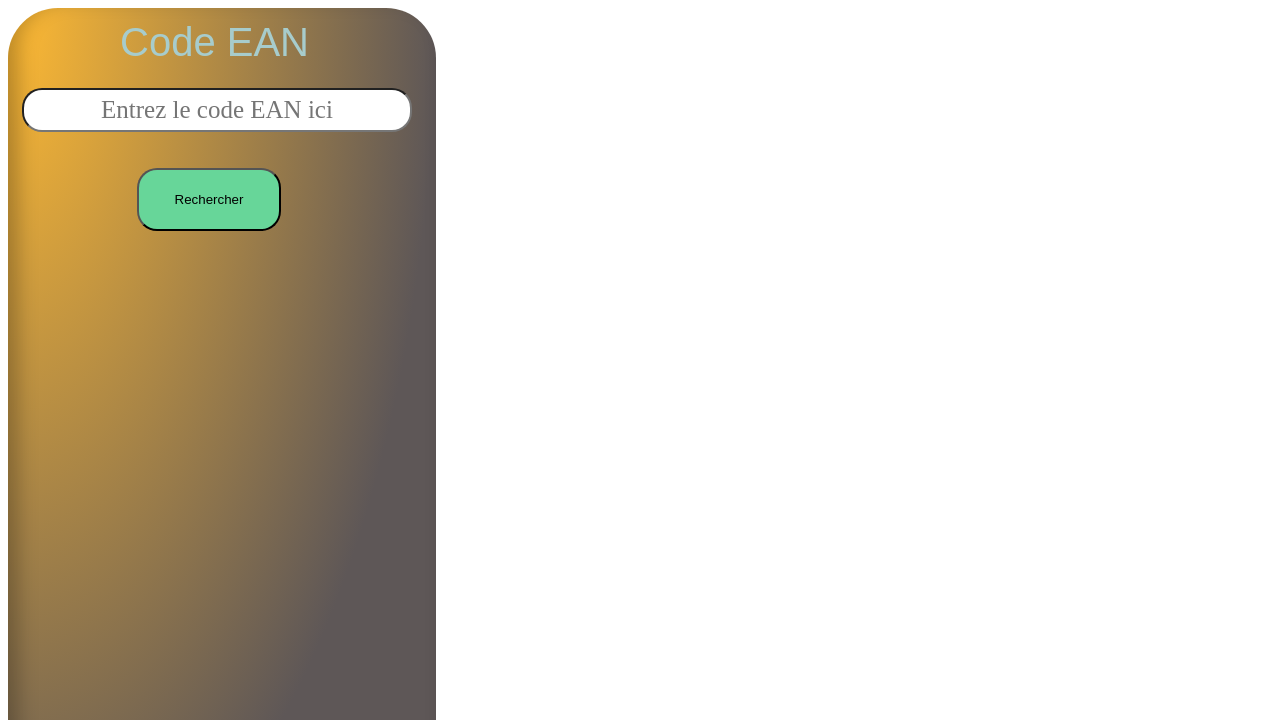
Repository: Zouz01/exo-toucan
Page: index.html
These files come from the project's save history. The page is drawn as it stood at one moment and after a run of saves; the edit follows.
The browser window is 1280 px wide. The pictures show the whole page.

Above is the page before, as saved 2023-09-21 11:51:31.

### index.html
<!DOCTYPE html>
<html lang="fr">
<head>
    <meta charset="UTF-8">
    <meta name="viewport" content="width=device-width, initial-scale=1">
    <title>TOUCAN API</title>
    <link rel="stylesheet" type="text/css" href="main.css">
</head>
<body>
    <div class="container">
        <!-- Formulaire de recherche -->
        <form id="product-form" action="https://fr.openfoodfacts.org/api/v0/product/<<code_EAN_13>>" method="POST">
            <label for="code_ean">Code EAN </label>
            <input type="text" id="code_ean" name="code_ean" placeholder="Entrez le code EAN ici"><!-- Champ de saisie du code EAN -->
            <button type="submit" id="submit">Rechercher</button> <!-- Bouton de soumission du formulaire -->
        </form>

        <!-- Conteneur pour l'affichage de l'image et des informations -->
        <div><img id="img"></div>
        <div id="product-info"></div>
    </div>

    <!-- Inclusion du script JavaScript -->
    <script src="main.js"></script>
</body>
</html>

### main.css
body {
    font-family: Arial, sans-serif;

}

.container {
    width: 428px;
    height: 926px;
   position: fixed;
    text-align: center;

    background: radial-gradient(100% 100% at 0% 0%, #FFBA33 0%, #5e5757 100%);
   /* background: radial-gradient(100% 100% at 0% 0%, #A6A6A6 0.46%, #000000 78.06%);
    background: linear-gradient(167.94deg, #7AA77E 0%, #476F72 100%);*/

    opacity: 1.8;
    box-shadow: inset 10px -10px 20px rgba(0, 0, 0, 0.25);
    border-radius: 50px;
}

/* position ecriture label*/
label {

    top: 20px;
    font-size: 40px;
    color: rgb(167, 204, 204);
   left: 120px;
    position :fixed;



}
/*position img*/
#img {
    position: relative;
   border-radius: 20px;
   width: 20%;
   top: 600px;
}

/*position retour d'information produit*/
 #product-info {
    padding: 20px;
    color: rgb(171, 221, 205);
    font-size: larger;
    text-align: center; /* Centre le texte horizontalement */

 }
h2 {
    font-size: xx-large;
    color: #7af3b1;
}
p{
    font-size: larger ;
}

/* Champ de saisie pour entrer le code EAN */
#code_ean {
    position: absolute;
   border-radius: 20px;
    width: 382px;
    height: 38px;
   right:24px ;
    top: 80px;
    font-family: 'Montserrat';
font-style: normal;
font-weight: 500;
font-size: 25px;
line-height: 30px;
text-align: center;

color: #0f0d0d;



}

/* Bouton de recherche */
button[type="submit"] {
    position: absolute;
    width: 144px;
    height: 63px;
  background-color: #67d699;
    top: 160px;
    border-radius: 20px;
    right: 155px;



}




/* styles pour les écrans plus grands */
/* @media (min-width: 900px) {
     .container {
        width: 1860px;
        height: 900px;
     }
        button[type="submit"] {
            position: absolute;
    width: 184px;
    height: 83px;
  background-color: #67d699;
    bottom: 50px;
    border-radius: 20px;
    right: 870px;
        }
        #code_ean {
            position: absolute;
           border-radius: 20px;
            width: 1382px;
            height: 68px;
           right:15% ;
            top: 80px;
            font-family: 'Montserrat';
        font-style: normal;
        font-weight: 500;
        font-size: 25px;
        line-height: 30px;
        text-align: center;
        color: #0f0d0d;

 }
 label {

    top: 20px;
    font-size: 40px;
    color: rgb(167, 204, 204);
   left: 800px;
    position :fixed;

}
#product-info {
    position: absolute;
    padding: 50px;
    color:rgb(171, 221, 205);
    top: 200px;
    left: 30%;

 }
 #img {
    position: relative;
   border-radius: 20px;
   max-width: 20%;
   max-height: 10%;
   top: 230px;
   right: 30%;
}
h2 {
    font-size: 50px;
    color: aqua;
}
p{
    font-size: 30px ;
}
} */

### main.js
const form = document.querySelector("#product-form"); //Interagit avec  HTML avec l'id "product-form"
const code_ean = document.querySelector("#code_ean"); //Interagit avec  HTML  avec l'id "code_ean"
const productInfo = document.querySelector("#product-info"); //Interagit avec  HTML avec l'id "les informations produits"
const img = document.querySelector("#img");  //Interagit avec  HTML avec l'id "les images"
const submit = document.querySelector("#submit");  //Interagit avec  HTML avec l'id "Boutton envoi"


submit.addEventListener("click", (e) => { // Ecouteur d'événement sur le bouton d'envoi qui écoute un événement de clic
    e.preventDefault();

    // validation du code
    if (code_ean.value.length !== 13) {
        alert("Le code EAN doit contenir 13 chiffres.");// Le script vérifie si la valeur du champ de saisie du code EAN comporte 13 caractères
        return;                                         // Sinon, il affiche une alerte indiquant que le code EAN doit contenir 13 chiffres.
    }else

// Si code correct alors ...
    // Récupére les informations du produit depuis l'API
    fetch("https://fr.openfoodfacts.org/api/v0/product/" + code_ean.value) //Méthode pour envoyer une requête GET à l'API
        .then((reponse) => reponse.json())   //  Convertit  la réponse de l'API en JSON
        .then((data) => {                    //  Pour accéder aux données.
            let product = data.product;
            img.src = product.image_url;


             //Affiche les informations sur le produit, ( avec innerHTML on definila source de l'éléments)
             productInfo.innerHTML =`
             <h2><b>Nom</b> : ${product.abbreviated_product_name}</h2>
             <p><b>Marque</b> : ${product.brands}</p>
             <p><b>Catégorie</b> : ${product.categories}</p>
             <p><b>Ingrédients</b> : ${product.ingredients_text}</p>`
             console.log (data)
        }); // ${} veut dire interpreter

});

   /*fecht veut dire aller chercher*/

After the next 2 saves:
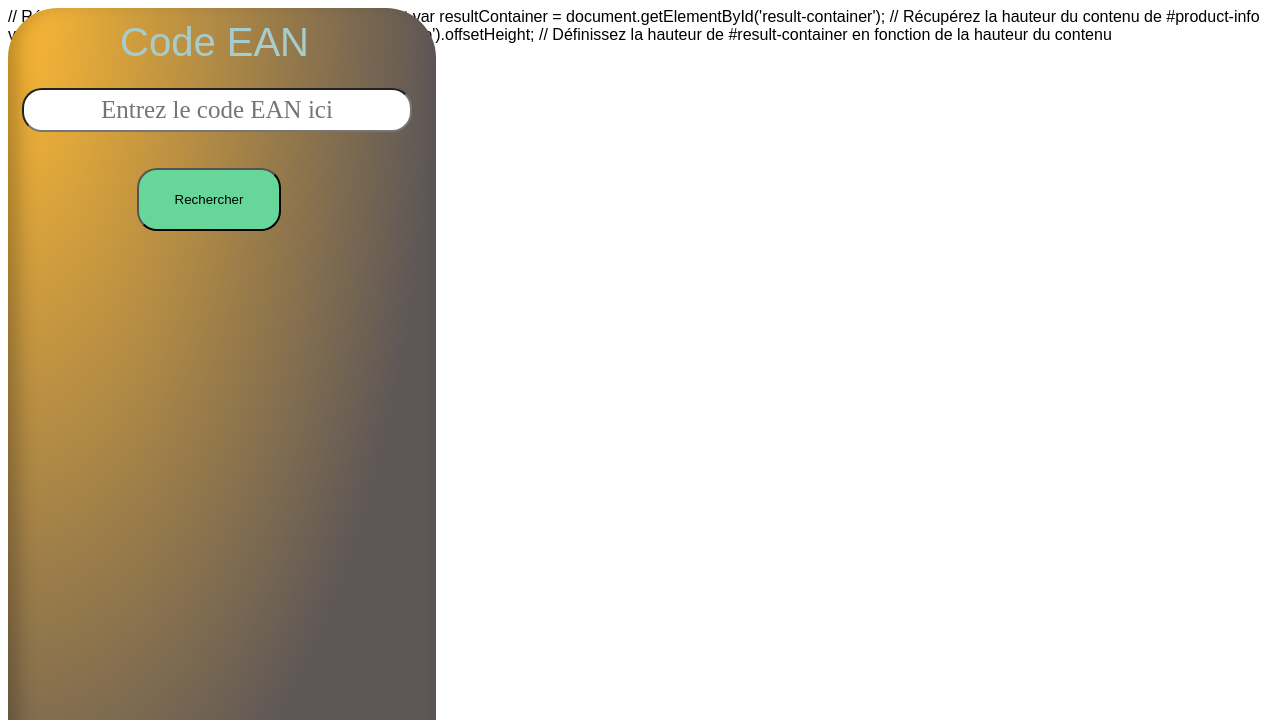
The 2 saves are shown as one change because they came seconds apart.
The last was saved 82 s later.
--- a/index.html
+++ b/index.html
@@ -22,5 +22,14 @@
 
     <!-- Inclusion du script JavaScript -->
     <script src="main.js"></script>
+    // Récupérez une référence vers le conteneur de résultat
+    var resultContainer = document.getElementById('result-container');
+
+    // Récupérez la hauteur du contenu de #product-info
+    var contentHeight = document.getElementById('product-info').offsetHeight;
+
+    // Définissez la hauteur de #result-container en fonction de la hauteur du contenu
+    resultContainer.style.height = contentHeight + 'px';
+
 </body>
 </html>

After the save that followed:
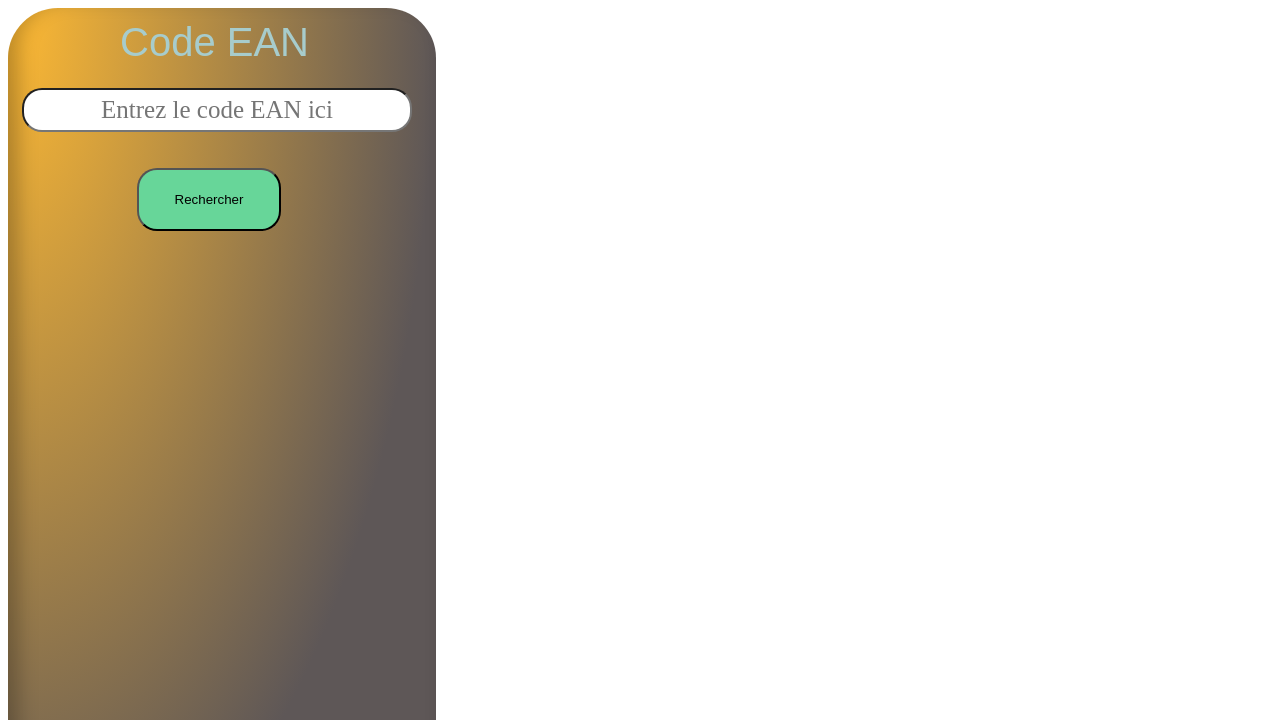
Saved 7 s later.
--- a/index.html
+++ b/index.html
@@ -22,7 +22,7 @@
 
     <!-- Inclusion du script JavaScript -->
     <script src="main.js"></script>
-    // Récupérez une référence vers le conteneur de résultat
+   <scrip // Récupérez une référence vers le conteneur de résultat
     var resultContainer = document.getElementById('result-container');
 
     // Récupérez la hauteur du contenu de #product-info
